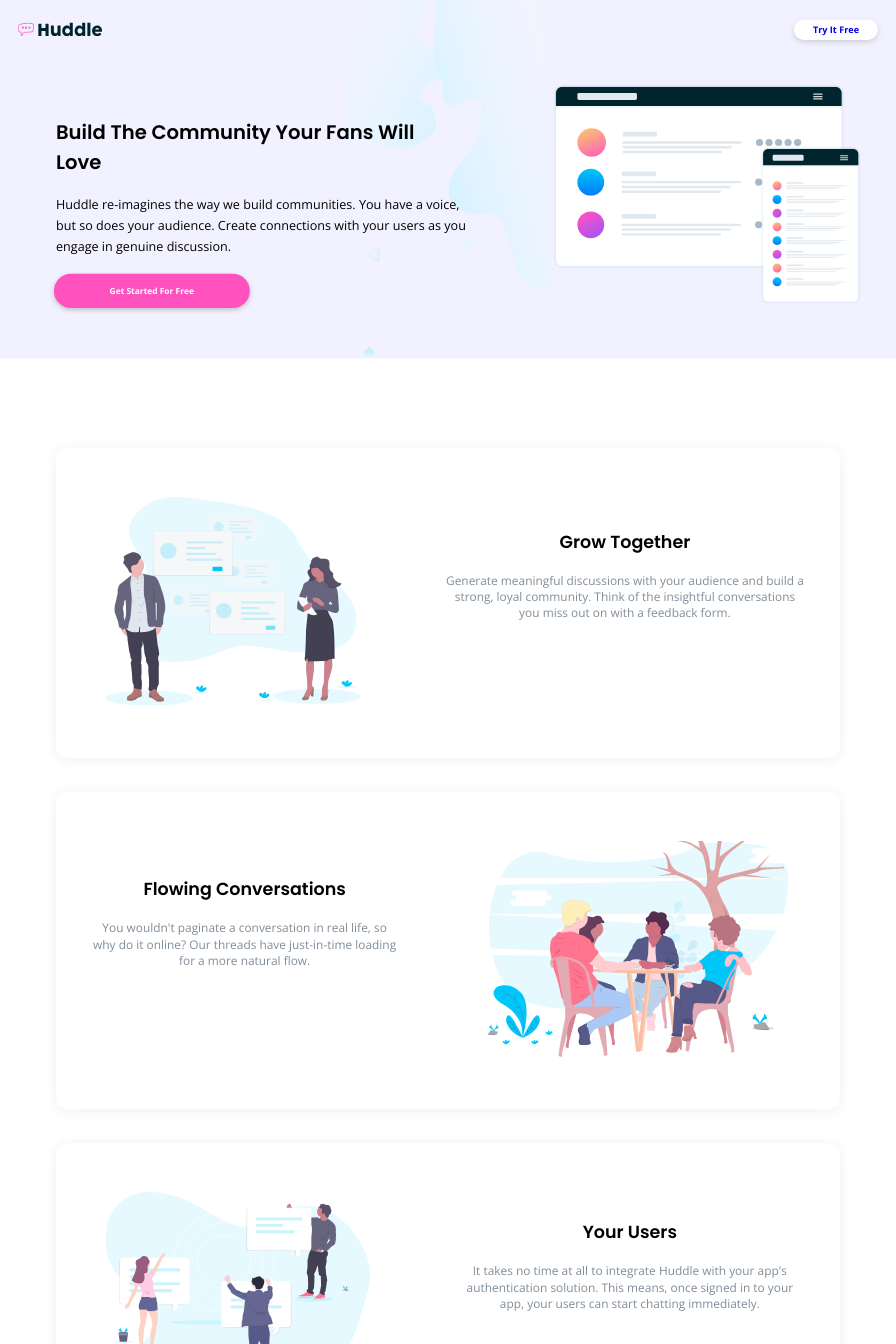
Repository: DejV44/Huddle-landing-page
Page: index.html
The author's editor kept a copy of each file at every save. The page is drawn from the files as they stood at one save, then again after the next save.
The browser window is 1280 px wide. The pictures show the part of the page from y = 0 to 1920 px (the page is 3156 px tall), at 70% of full size.
The style sheet was rebuilt from its Sass, Less or Tailwind sources for each picture, by a compiler version that may differ from the author's.

Above is the page before, as saved 2021-08-21 23:38:20.

After the next save:
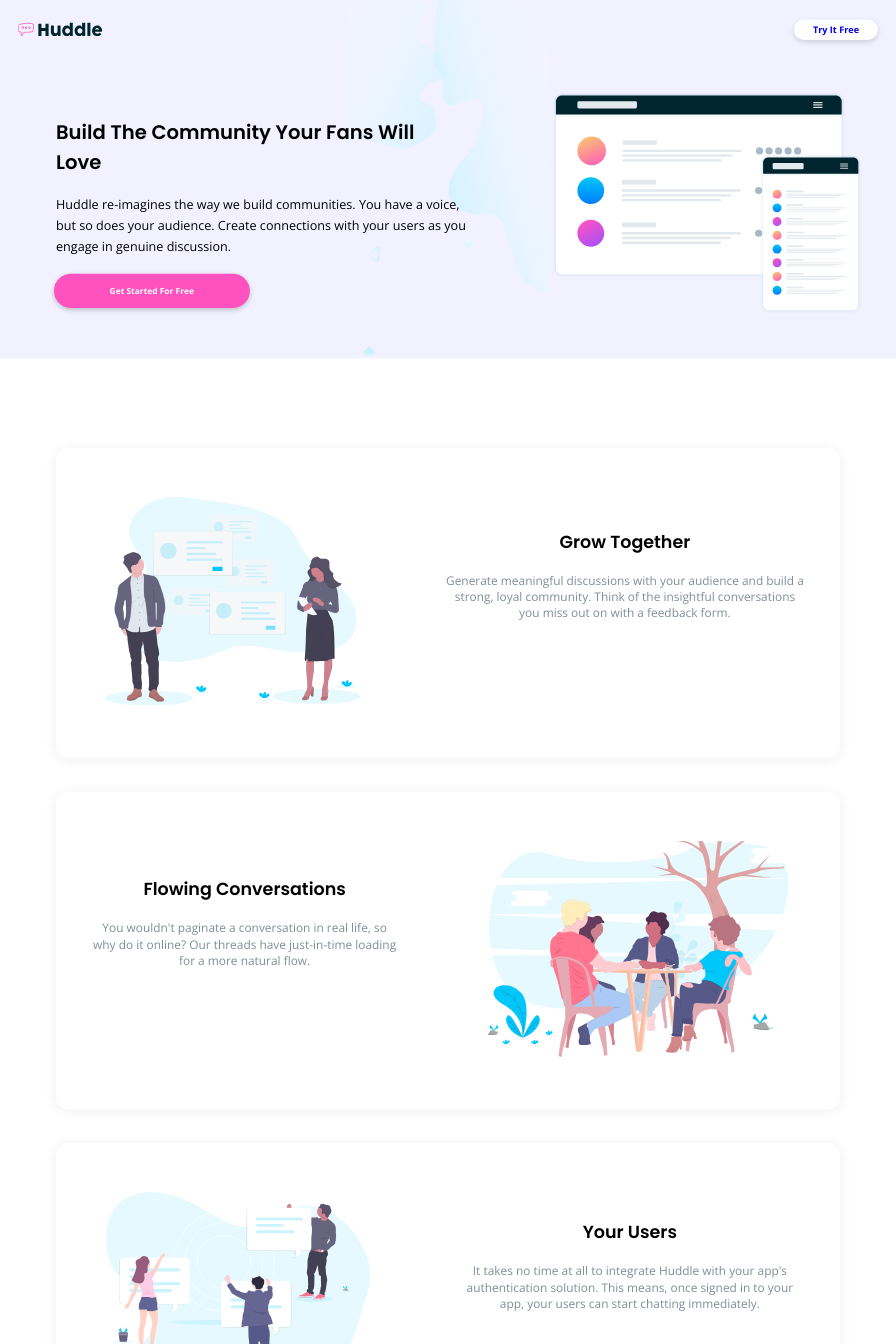
Saved 41 s later.
--- a/css/_header.scss
+++ b/css/_header.scss
@@ -91,6 +91,10 @@ header {
             .img {
                 width: 100%;
                 margin-bottom: 40px;
+                @media (min-width: 768px) {
+                    margin-bottom: 1rem;
+
+                }
             }
         }
     }
